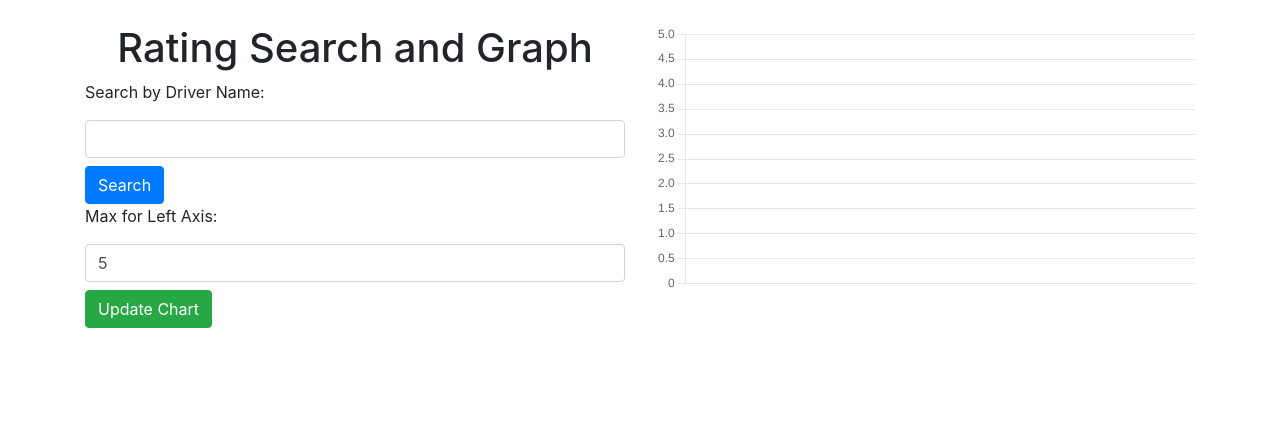
Repository: adrcstro/TrackingManagement
Page: http://localhost/tcpdf/Loginsystem/fetchdata.php
These files come from the project's save history. The page is drawn as it stood at one moment and after the next save; the edit follows.
The browser window is 1280 px wide. The pictures show the whole page.
Some web libraries are served in a nearby version. The page is run by PHP 8.4 with error messages shown; the project is at /var/www/html/. Queries for data that is not in the repository find no rows.

Above is the page before, as saved 2023-11-24 18:34:58.
Console error: TypeError: Cannot read properties of null (reading 'addEventListener')

### Loginsystem/fetchdata.php
<!DOCTYPE html>
<html lang="en">
<head>
    <meta charset="UTF-8">
    <meta name="viewport" content="width=device-width, initial-scale=1.0">
    <link href="https://maxcdn.bootstrapcdn.com/bootstrap/4.5.2/css/bootstrap.min.css" rel="stylesheet">
    <link href="https://cdnjs.cloudflare.com/ajax/libs/font-awesome/5.15.1/css/all.min.css" rel="stylesheet"> <!-- Font Awesome -->
    <script src="https://cdn.jsdelivr.net/npm/chart.js"></script>

    <style>
        .card {
            transition: transform 0.3s;
            position: relative;
            box-shadow: 0 4px 8px rgba(0, 0, 0, 0.1);
            height: 100%;
        }

        .card:hover {
            transform: scale(1.05);
            box-shadow: 0 8px 16px rgba(0, 0, 0, 0.2);
        }

        .card-img-top {
            object-fit: cover;
            height: 250px;
            width: 100%;
        }

        .card-body {
            padding-bottom: 40px; /* Adjust padding to accommodate the button */
        }

        .card-title {
            height: -3rem; /* Limit the height of the title */
            overflow: hidden;
        }

        .card-text {
            max-height: 6rem; /* Limit the height of the description */
            overflow: hidden;
        }

        .read-more-modal {
            max-width: 800px; /* Adjust the width of the modal */
        }
    </style>
    <title>News and Events</title>
</head>
<body>

<div class="container">
        <div class="row">
            <div class="col-md-6">
                <h1 class="text-center mt-4">Rating Search and Graph</h1>

                <form method="post" action="" class="mt-8">
                    <label for="search">Search by Driver Name:</label>
                    <input type="text" name="search" id="search" class="form-control mt-2">
                    <input type="submit" value="Search" class="btn btn-primary mt-2">
                </form>

                <!-- Input field for max value of left axis -->
                <label for="maxLeft" class="mt-8">Max for Left Axis:</label>
                <input type="number" name="maxLeft" id="maxLeft" value="5" class="form-control mt-2">

                <button onclick="updateChart()" class="btn btn-success mt-2">Update Chart</button>
            </div>

            <div class="col-md-6">
                <div style="width: 100%;" class="mt-4">
                    <canvas id="myChart"></canvas>
                </div>
            </div>
        </div>
    </div>


<script>
        // Add your custom scripts here
        function updateChart() {
            // Your chart update logic
        }
    </script>
<?php
// Connect to your database
$servername = "localhost"; // Replace with your server name
$username = "root"; // Replace with your username
$password = ""; // Replace with your password
$dbname = "plate-to-place-v-tracking";

$conn = new mysqli($servername, $username, $password, $dbname);

// Check connection
if ($conn->connect_error) {
    die("Connection failed: " . $conn->connect_error);
}

// Function to fetch data from the rating table based on the search term
function fetchData($conn, $searchTerm) {
    $sql = "SELECT DriverName, Rate FROM rating WHERE DriverName LIKE '%$searchTerm%'";
    $result = $conn->query($sql);

    $data = array();
    if ($result->num_rows > 0) {
        while ($row = $result->fetch_assoc()) {
            $data[] = $row;
        }
    }

    return $data;
}

// Process search form submission
if ($_SERVER["REQUEST_METHOD"] == "POST") {
    $searchTerm = $_POST["search"];
    $data = fetchData($conn, $searchTerm);
} else {
    // If no search term, initialize with an empty array
    $data = array();
}

// Close the database connection
$conn->close();
?>

<script>
// Prepare data for Chart.js
var data = <?php echo json_encode($data); ?>;

// Create an object to count the occurrences of each rating for each driverName
var ratingCounts = {};

data.forEach(function(item) {
    var driverName = item.DriverName;
    var rate = item.Rate;

    // Initialize the count for the driverName if not already present
    if (!ratingCounts[driverName]) {
        ratingCounts[driverName] = [0, 0, 0, 0, 0]; // Index 0 represents rating 1, index 4 represents rating 5
    }

    // Increment the count for the corresponding rating
    ratingCounts[driverName][rate - 1]++;
});

// Prepare labels and data for the chart
var labels = Object.keys(ratingCounts);
var datasets = [];

// Iterate through each driverName and create a dataset for the bar graph
labels.forEach(function(driverName) {
    var counts = ratingCounts[driverName];

    datasets.push({
        label: driverName,
        data: counts,
        backgroundColor: getRandomColor(), // Function to get a random color for each driverName
        borderColor: 'rgba(75, 192, 192, 1)',
        borderWidth: 1
    });
});

// Default max value for left axis
var maxLeft = 5;

// Declare myChart outside the function
var myChart;

// Draw the initial bar chart
drawChart();

// Function to draw or update the bar chart
function drawChart() {
    var ctx = document.getElementById('myChart').getContext('2d');
    myChart = new Chart(ctx, {
        type: 'bar',
        data: {
            labels: ['Unsatisfactory/Very Poor', 'Poor', 'Satisfactory/Fair', 'Good', 'Excellent'], // Ratings 1 to 5
            datasets: datasets
        },
        options: {
            scales: {
                y: {
                    beginAtZero: true,
                    stepSize: 1,
                    max: maxLeft
                }
            }
        }
    });
}

// Function to generate a random color
function getRandomColor() {
    var letters = '0123456789ABCDEF';
    var color = '#';
    for (var i = 0; i < 6; i++) {
        color += letters[Math.floor(Math.random() * 16)];
    }
    return color;
}

// Function to update the chart based on user input
function updateChart() {
    // Get value from input field
    maxLeft = parseInt(document.getElementById('maxLeft').value);

    // Destroy the existing chart and redraw with updated options
    myChart.destroy();
    drawChart();
}
</script>









<div class="container mt-5 mb-5">
    <div class="row">
    <?php
        // Replace these with your actual database connection details
        $host = "localhost";
        $username = "root";
        $password = "";
        $database = "plate-to-place-v-tracking";

        // Create a database connection
        $your_db_connection = mysqli_connect($host, $username, $password, $database);

        // Check the connection
        if (!$your_db_connection) {
            die("Connection failed: " . mysqli_connect_error());
        }

        // Fetch data from the "newsandevents" table
        $query = "SELECT id, Username, Age, Password, PermittoOperate,PhoneNumber,HomeAddress FROM driverstbl";
        $result = mysqli_query($your_db_connection, $query);

        // Check if the query was successful
        if ($result) {
            // Fetch data row by row
            while ($row = mysqli_fetch_assoc($result)) {
                $drivername = $row['Username'];
                $ViehicleNumber = $row['Age'];
                $PlateNumber = $row['Password'];
                $image = $row['PermittoOperate'];
                $phone = $row['PhoneNumber'];
                $home = $row['HomeAddress'];

                // Display data in Bootstrap cards
                echo '<div class="col-md-4 mb-5">';
                echo '<div class="card">';
                echo '<img src="uploads/' . $image . '" class="card-img-top" alt="Card Image">';
                echo '<div class="card-body text-center">';

                // Displaying the driver information
                // Existing code

echo '<h6 class="card-title">Drivers Name: <span style="font-weight:normal;">' . $drivername . '</span></h6>';
echo '<h6 class="card-title">Vehicle Number: <span style="font-weight:normal;">' . $ViehicleNumber . '</span></h6>';
echo '<h6 class="card-title">Plate Number: <span style="font-weight:normal;">' . $PlateNumber . '</span></h6>';
echo '<h6 class="card-title">Phone Number: <span style="font-weight:normal;">' . $phone . '</span></h6>';
echo '<h6 class="card-title">Home Address: <span style="font-weight:normal;">' . $home . '</span></h6>';
                echo '</div>';
                echo '</div>';
                echo '</div>';
            }

            // Free result set
            mysqli_free_result($result);
        } else {
            // Handle the error if the query fails
            echo "Error: " . mysqli_error($your_db_connection);
        }

        // Close the database connection
        mysqli_close($your_db_connection);
    ?>
    </div>
</div>

<script src="https://code.jquery.com/jquery-3.5.1.slim.min.js"></script>
<script src="https://cdn.jsdelivr.net/npm/@popperjs/core@2.5.3/dist/umd/popper.min.js"></script>
<script src="https://maxcdn.bootstrapcdn.com/bootstrap/4.5.2/js/bootstrap.min.js"></script>
<script src="https://kit.fontawesome.com/your-font-awesome-kit-id.js" crossorigin="anonymous"></script>









<script>
    // Initialize Bootstrap tooltips
    $(function () {
        $('[data-toggle="tooltip"]').tooltip();
    });
</script>

<script>
    document.addEventListener("DOMContentLoaded", function() {
        const searchInput = document.getElementById("SearchDriver");
        const searchResults = document.getElementById("searchResults");

        searchInput.addEventListener("input", function() {
            const searchText = searchInput.value.toLowerCase();
            if (searchText.length > 0) {
                fetch(`fetchdatadetails.php?search=${searchText}`)
                    .then(response => response.text())
                    .then(data => {
                        searchResults.innerHTML = data;
                    })
                    .catch(error => {
                        console.error('Error:', error);
                    });
            } else {
                searchResults.innerHTML = "";
            }
        });
    });
</script>
</body>
</html>

After the next save:
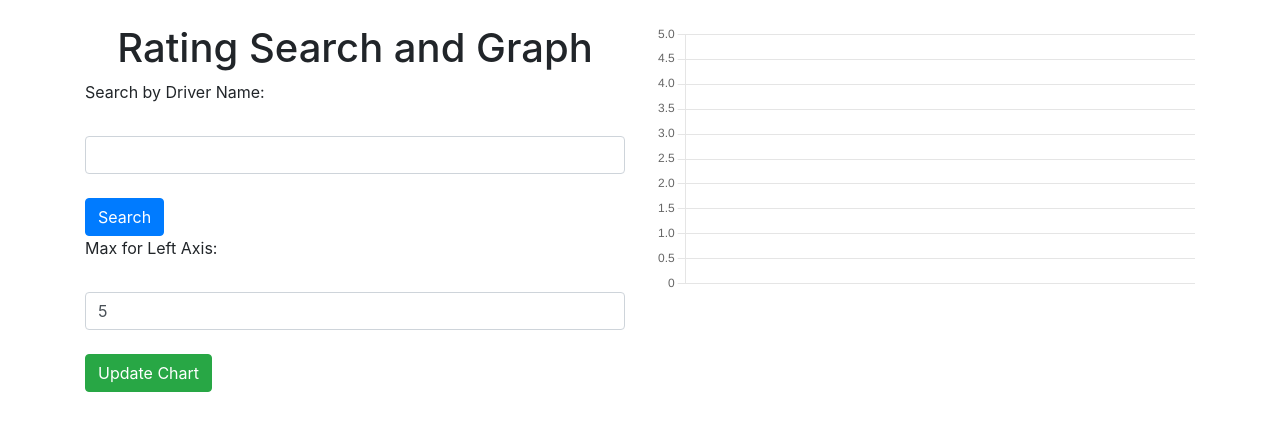
Saved 4 min 34 s later.
--- a/Loginsystem/fetchdata.php
+++ b/Loginsystem/fetchdata.php
@@ -55,15 +55,15 @@
 
                 <form method="post" action="" class="mt-8">
                     <label for="search">Search by Driver Name:</label>
-                    <input type="text" name="search" id="search" class="form-control mt-2">
-                    <input type="submit" value="Search" class="btn btn-primary mt-2">
+                    <input type="text" name="search" id="search" class="form-control mt-4">
+                    <input type="submit" value="Search" class="btn btn-primary mt-4">
                 </form>
 
                 <!-- Input field for max value of left axis -->
                 <label for="maxLeft" class="mt-8">Max for Left Axis:</label>
-                <input type="number" name="maxLeft" id="maxLeft" value="5" class="form-control mt-2">
-
-                <button onclick="updateChart()" class="btn btn-success mt-2">Update Chart</button>
+                <input type="number" name="maxLeft" id="maxLeft" value="5" class="form-control mt-4">
+
+                <button onclick="updateChart()" class="btn btn-success mt-4">Update Chart</button>
             </div>
 
             <div class="col-md-6">

After the save that followed:
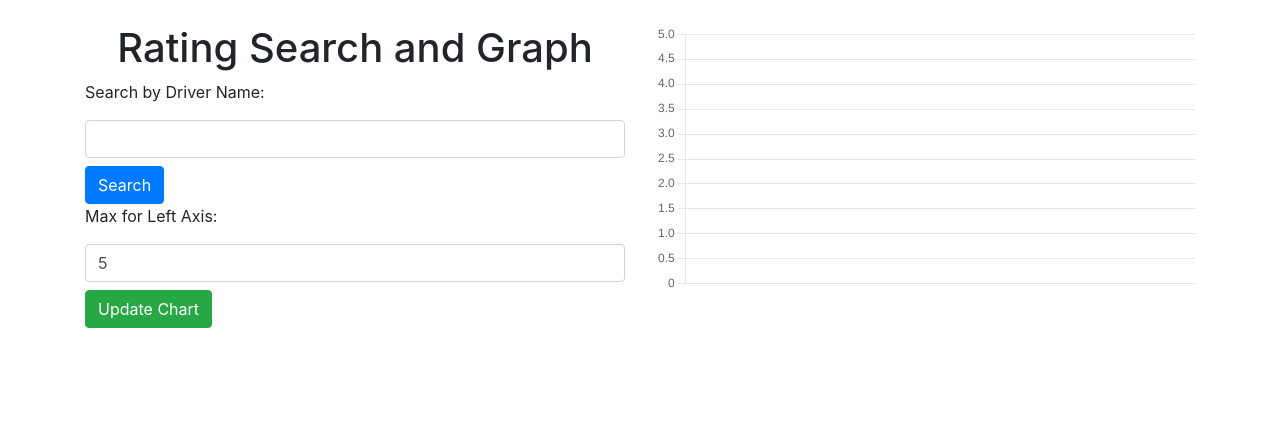
Saved 13 s later.
--- a/Loginsystem/fetchdata.php
+++ b/Loginsystem/fetchdata.php
@@ -55,15 +55,15 @@
 
                 <form method="post" action="" class="mt-8">
                     <label for="search">Search by Driver Name:</label>
-                    <input type="text" name="search" id="search" class="form-control mt-4">
-                    <input type="submit" value="Search" class="btn btn-primary mt-4">
+                    <input type="text" name="search" id="search" class="form-control mt-2">
+                    <input type="submit" value="Search" class="btn btn-primary mt-2">
                 </form>
 
                 <!-- Input field for max value of left axis -->
                 <label for="maxLeft" class="mt-8">Max for Left Axis:</label>
-                <input type="number" name="maxLeft" id="maxLeft" value="5" class="form-control mt-4">
-
-                <button onclick="updateChart()" class="btn btn-success mt-4">Update Chart</button>
+                <input type="number" name="maxLeft" id="maxLeft" value="5" class="form-control mt-2">
+
+                <button onclick="updateChart()" class="btn btn-success mt-2">Update Chart</button>
             </div>
 
             <div class="col-md-6">
